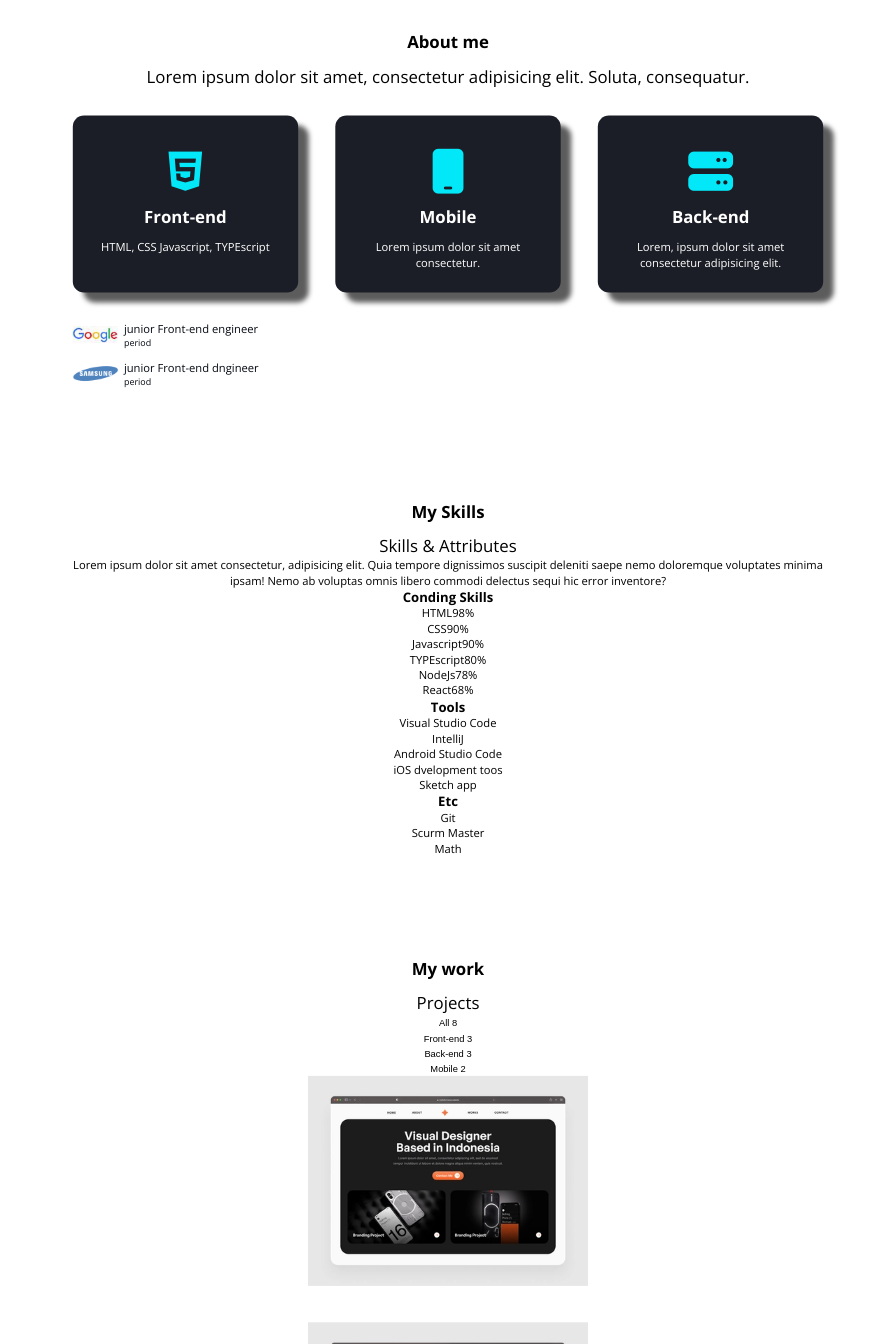
Repository: Arden-Sol/portfolio-website-clone-coding
Page: index.html
These files come from the project's save history. The page is drawn as it stood at one moment and after the next save; the edit follows.
The browser window is 1280 px wide. The pictures show the part of the page from y = 760 to 2680 px (the page is 6680 px tall), at 70% of full size.
Some web libraries are served in a nearby version.

Above is the page before, as saved 2024-03-26 22:09:21.

After the next save:
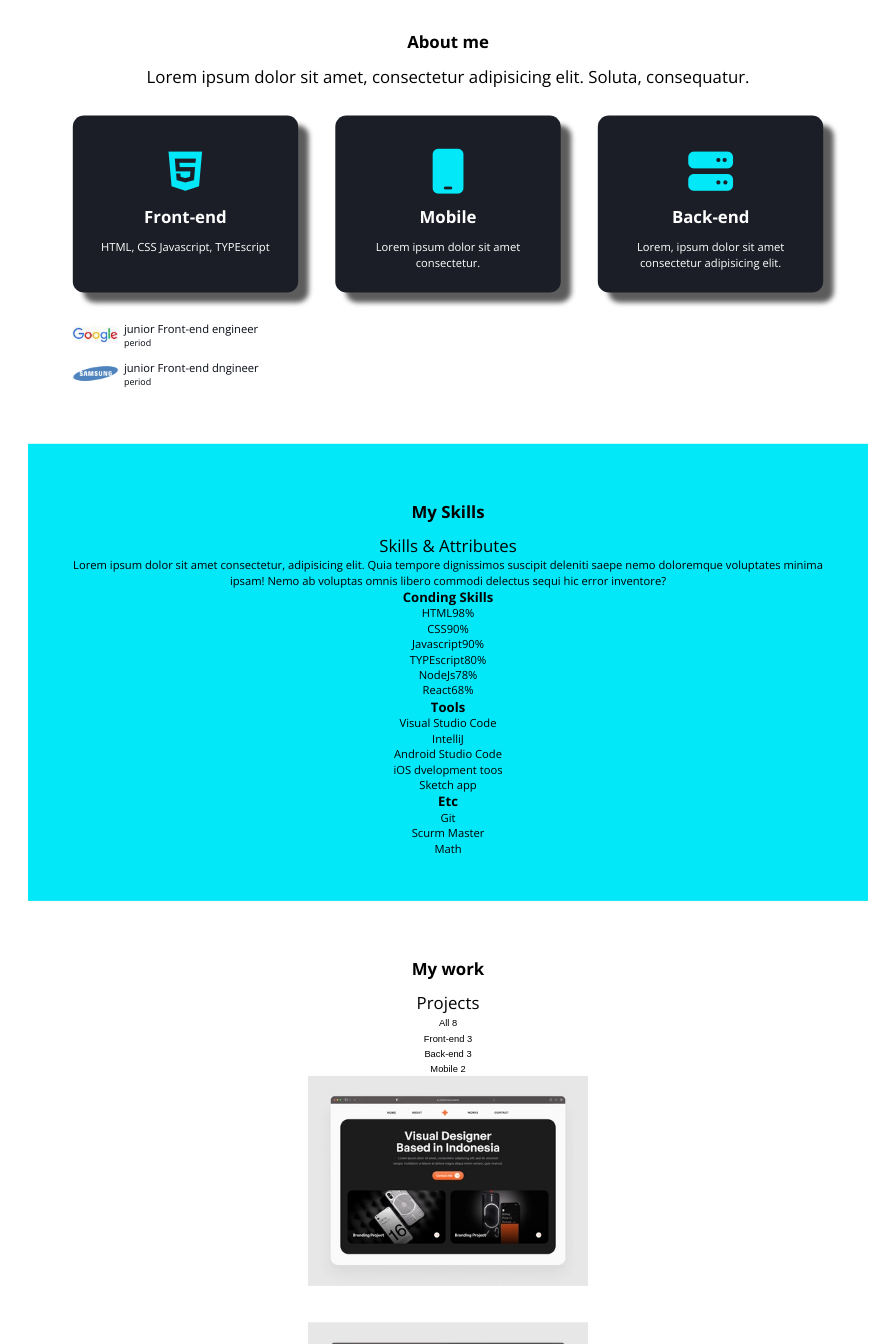
Saved 23 s later.
--- a/index.html
+++ b/index.html
@@ -96,7 +96,7 @@
       </ul>
     </section>
     <!-- Skills -->
-    <section id=" skills" class="section max-container">
+    <section id="skills" class="section max-container">
       <h2 class="title">My Skills</h2>
       <p class="description">Skills & Attributes</p>
       <p>Lorem ipsum dolor sit amet consectetur, adipisicing elit. Quia tempore dignissimos suscipit deleniti saepe nemo
